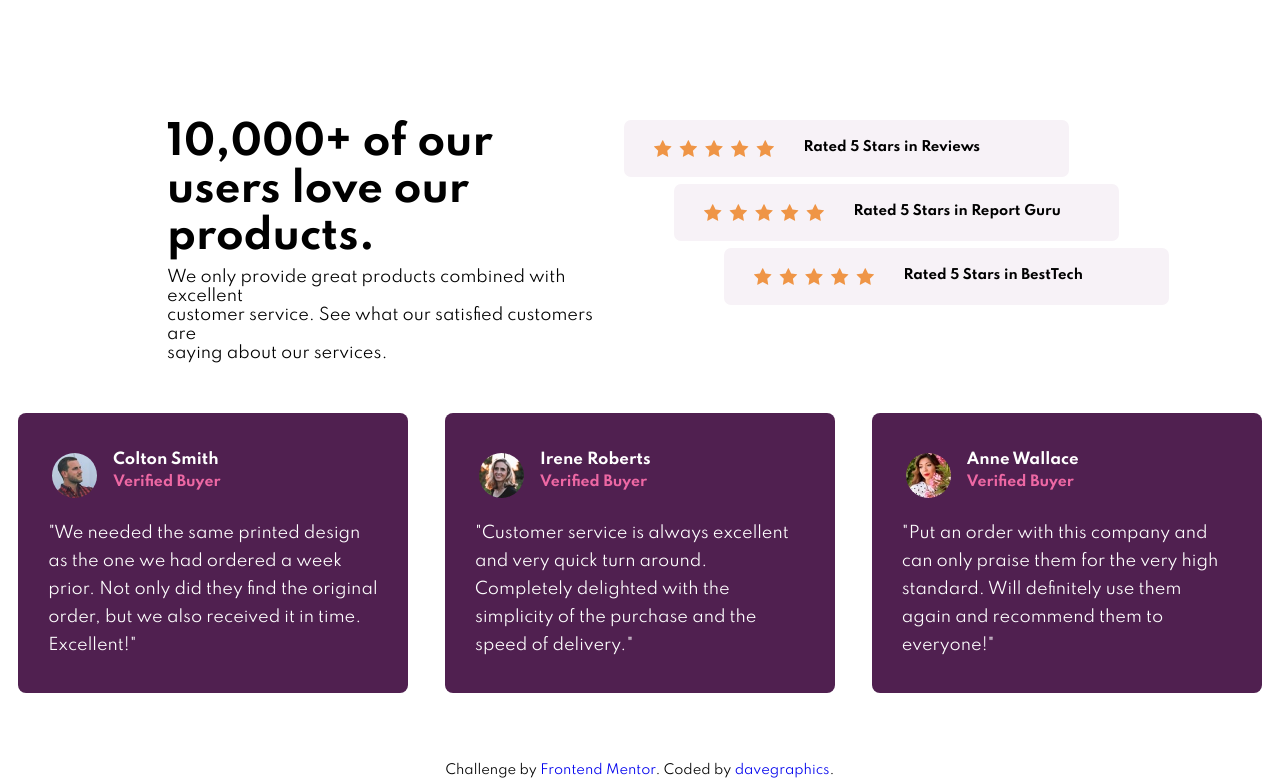
Repository: DejV44/social-proof-section-master
Page: index.html
These files come from the project's save history. The page is drawn as it stood at one moment and after the next save; the edit follows.
The browser window is 1280 px wide. The pictures show the whole page.
The style sheet was rebuilt from its Sass, Less or Tailwind sources for each picture, by a compiler version that may differ from the author's.

Above is the page before, as saved 2021-06-25 21:23:31.

### index.html
<!DOCTYPE html>

<html lang="en">
<head>
    <meta charset="UTF-8">
    <meta http-equiv="X-UA-Compatible" content="IE=edge">
    <meta name="viewport" content="width=device-width, initial-scale=1.0">
    <link rel="stylesheet" href="../css/main.css">
    <title>social-proof-section-master</title>
</head>
<body>
    <section class="main">
        <div class="titles">
            <h1 class="title">10,000+ of our <br>users love our <br>products.</h1>
            <p class="item-1">We only provide great products combined with excellent <br>customer service. See what our satisfied customers are <br>saying about our services.</p>
        </div>
        <div class="container">
            <ul>
                <li class="item1">
                    <img src="../img/stars.svg" alt="stars">
                    <h5>Rated 5 Stars in Reviews</h5>
                </li>
            </ul>

            <ul>
                <li class="item2">
                    <img src="../img/stars.svg" alt="stars">
                    <h5>Rated 5 Stars in Report Guru</h5>
                </li>
            </ul>

            <ul>
                <li class="item3">
                    <img src="../img/stars.svg" alt="stars">
                    <h5>Rated 5 Stars in BestTech</h5>
                </li>
            </ul>
        </div>
    </section>

    <section class="citate">
        <ul>
            <li>
                <div class="identy1">
                    <img src="../img/image-colton.jpg" alt="stars">
                    <div>
                        <h3>Colton Smith</h3>
                        <h4>Verified Buyer</h4>
                    </div>
                </div>
                <blockquote>"We needed the same printed design as the one we had ordered a week prior. Not only did they find the original order, but we also received it in time. Excellent!"</blockquote>
            </li>
        </ul>

        <ul>
            <li>
                <div class="identy2">
                    <img src="../img/image-irene.jpg" alt="stars">
                    <div>
                        <h3>Irene Roberts</h3>
                        <h4>Verified Buyer</h4>
                    </div>
                </div>
                <blockquote>"Customer service is always excellent and very quick turn around. Completely delighted with the simplicity of the purchase and the speed of delivery."</blockquote>
            </li>
        </ul>

        <ul>
            <li>
                <div class="identy3">
                    <img src="../img/image-anne.jpg" alt="stars">
                    <div>
                        <h3>Anne Wallace</h3>
                        <h4>Verified Buyer</h4>
                    </div>
                </div>
                <blockquote>"Put an order with this company and can only praise them for the very high standard. Will definitely use them again and recommend them to everyone!"</blockquote>
            </li>
        </ul>
    </section>
    <div class="attribution">
        Challenge by
        <a href="https://www.frontendmentor.io?ref=challenge" target="_blank"
          >Frontend Mentor</a
        >. Coded by <a href="#">davegraphics</a>.
      </div>

</body>
</html>

### css/main.scss
@import url('https://fonts.googleapis.com/css2?family=Spartan:wght@400;500;700&display=swap');

*{
    margin: 0;
    padding: 0;
    -webkit-font-smoothing: antialiased;
    /*outline: 3px solid rgb(197, 197, 197);*/
}

:root {
    --primary-color: hsl(300, 43%, 22%);
    --soft-pink: hsl(333, 80%, 67%);
    --neutral-color: hsl(303, 10%, 53%);
    --light-color: hsl(300, 24%, 96%);
    --white: hsl(0, 0%, 100%);
}

body {
    margin: 0;
    padding: 0;
    //background: var(--white);
    font-family: 'Spartan', sans-serif;

    .main {
        margin: 120px auto 0 167px;
        max-width: 1440px;
        max-height: 400px;
        display: grid;
        grid-template-columns: 1fr 1fr;

        .titles {
            margin-right: 20%;

            .title {
                font-size: 40px;
                padding-bottom: 7px;
            }
        }

        .container {


            ul {

                li {
                    display: grid;
                    grid-template-columns: 180px 260px;
                    list-style: none;
                    text-align: left;
                    border-radius: 7px;
                    background: var(--light-color);
                    max-width: 445px;

                }
                 .item1 {
                     margin-left: -100px;
                     margin-bottom: 7px;
                 }

                 .item2 {
                     margin-left: -50px;
                     margin-bottom: 7px;
                 }

                img {
                    width: 120px;
                    height: 17px;
                    grid-column: 1/2;
                    padding: 20px 0 20px 30px;
                }

                h5 {
                    grid-column: 2/2;
                    width: 260px;
                    padding: 20px 0;

                }
            }
        }
    }


    .citate {
        display: grid;
        grid-template-columns: 1fr 1fr 1fr;
        margin: 50px auto;



        ul {

            padding: 30px;

            background: var(--primary-color);
            border-radius: .5em;
            width: 330px;
            height: 220px;
            margin: 0px auto 20px auto;

            blockquote {
                    color: var(--white);
                    margin-top: 25px;
                    line-height: 28px;
                    text-align: left;
            }

            li {
                list-style: none;

                h3 {
                        color: var(--white);
                        margin: .5em 0 .2em 0;
                        padding-left: 20px;
                        font-size: 15px;

                    }

                    h4 {
                        color: var(--soft-pink);
                        margin: .4em 0 .2em 0;
                        padding-left: 20px;
                        font-size: 14px;

                    }

                .identy1 {
                    grid-column: 1/3;
                    display: flex;
                    img {
                        margin-top: 6px;
                        border-radius: 5em;
                        width: 45px;
                        height: 45px;
                        position: relative;
                        top: 4px;
                        left: 4px;
                    }

                }

                .identy2 {
                    grid-column: 2/3;
                    display: flex;
                    img {
                        margin-top: 6px;
                        border-radius: 5em;
                        width: 45px;
                        height: 45px;
                        position: relative;
                        top: 4px;
                        left: 4px;

                    }


                }

                .identy3 {
                    grid-column: 3/3;
                    display: flex;
                    img {
                        margin-top: 6px;
                        border-radius: 5em;
                        width: 45px;
                        height: 45px;
                        position: relative;
                        top: 4px;
                        left: 4px;
                    }


                }
            }

        }
    }

    .attribution {
        text-align: center;
        font-size: 13px;
        padding-bottom: 5px;


        a {
            text-decoration: none;
            font-size: 13px;

        }
    }


}

After the next save:
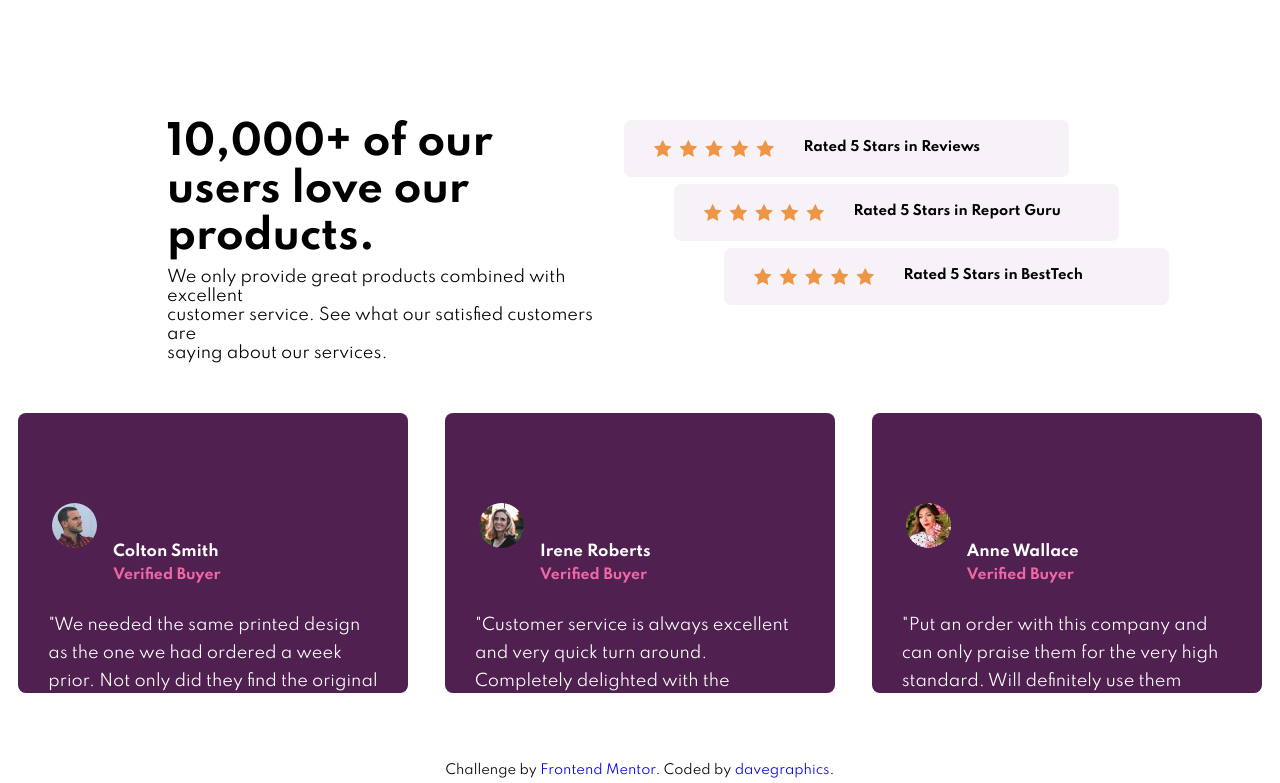
Saved 90 s later.
--- a/css/main.scss
+++ b/css/main.scss
@@ -86,7 +86,9 @@
         margin: 50px auto;
 
 
-
+        ul :first-child {
+            margin-top: 50px;
+        }
         ul {
 
             padding: 30px;

After the save that followed:
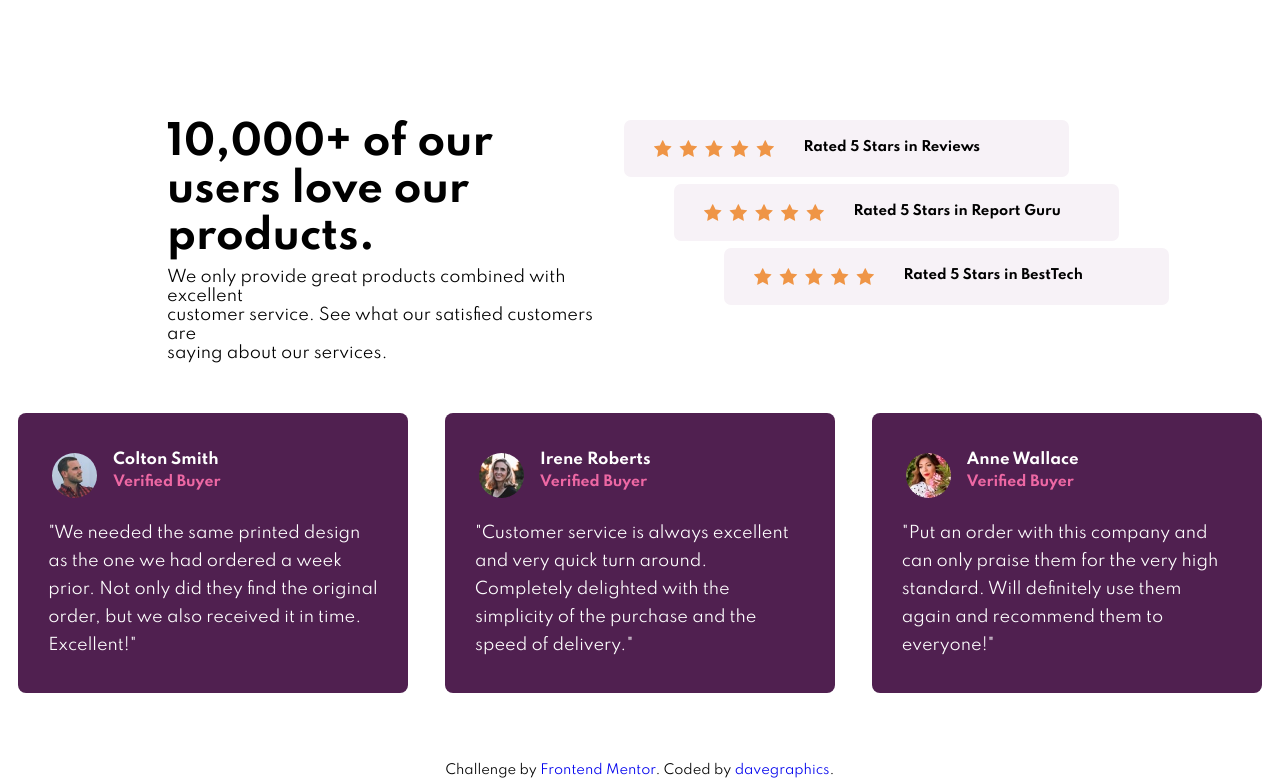
Saved 10 s later.
--- a/css/main.scss
+++ b/css/main.scss
@@ -86,9 +86,6 @@
         margin: 50px auto;
 
 
-        ul :first-child {
-            margin-top: 50px;
-        }
         ul {
 
             padding: 30px;
